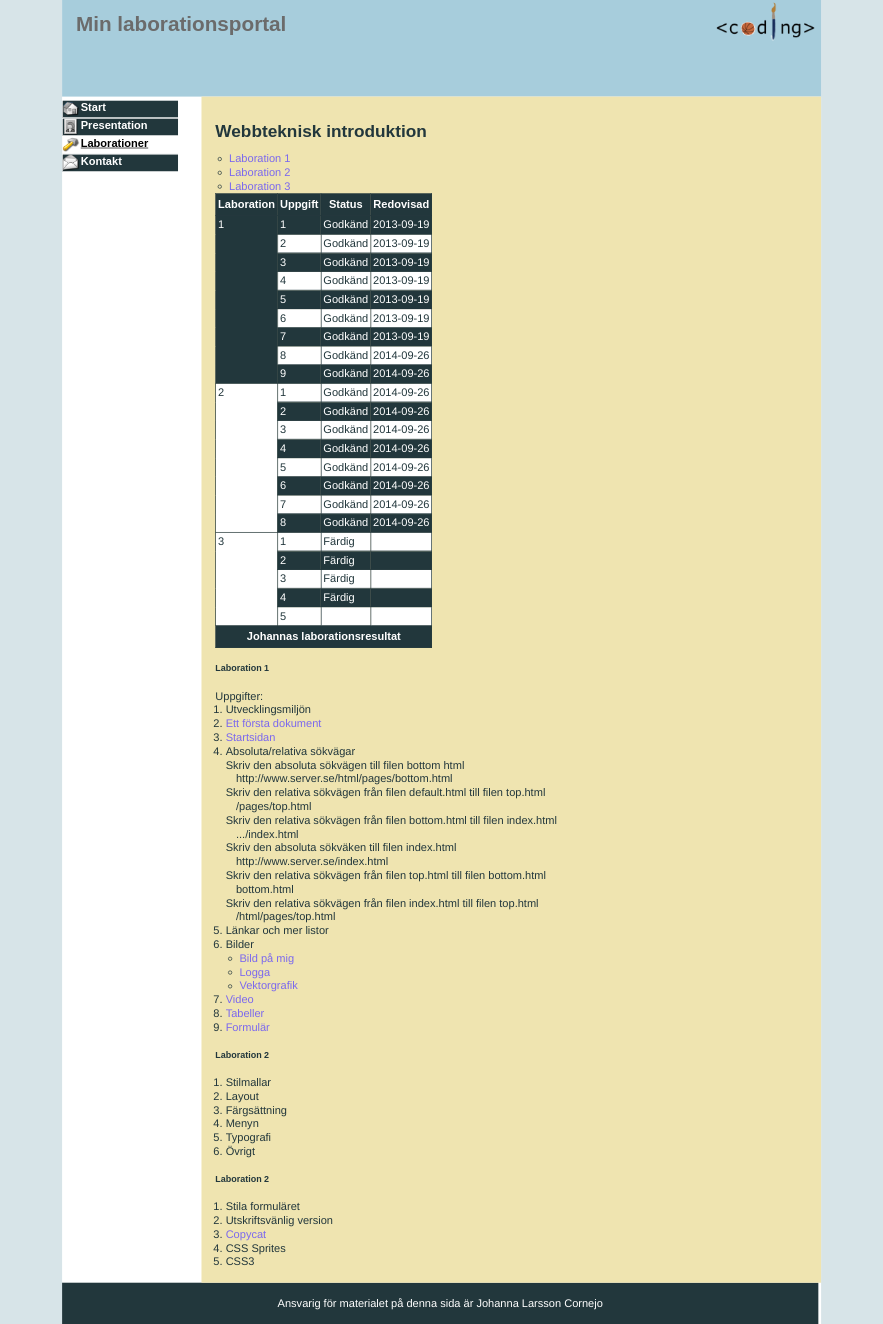
Repository: jc222fi/1ik415-laborationer
Page: pages/laborationer.html
The author's editor kept a record of every edit. The page is drawn from the files as they stood at one moment, then again after the next edit.
The browser window is 1280 px wide. The pictures show the whole page, at 69% of full size.

Above is the page before.

### pages/laborationer.html
<!doctype html>
<html>
    <head>
        <meta charset="utf-8" />
        <meta name="viewport" content="width=device-width, initial-scale=1.0" />
        <title>Laborationer</title>
        <!-- Screen > 480px -->
        <link rel="stylesheet" media="screen and (min-width: 481px)" href="../css/style.css" />
        <!-- Smartphones <= 480px -->
        <link rel="stylesheet" media="only screen and (max-width: 480px)" href="../css/smartphone.css" />
        <link rel="stylesheet" media="print" href="../css/print.css" />
    </head>
    <body>
    <div id="container">
        <div id="header">
            <header>
                <h1 id="laborationer">Min laborationsportal</h1>
            </header>
        </div>
        <div id="nav">
            <ul>
                <li id="index"><a href="../index.html">Start</a></li>
                <li id="pres"><a href="presentation.html">Presentation</a></li>
                <li id="lab"><a href="#laborationer" class="active">Laborationer</a></li>
                <li id="kontakt"><a href="kontakt.html">Kontakt</a></li>
            </ul>
        </div>
        <div id="content">
        <h2>Webbteknisk introduktion</h2>
        <ul class="laborationer" id="tabell">
            <li><a href="#lab1">Laboration 1</a></li>
            <li><a href="#lab2">Laboration 2</a></li>
            <li><a href="#lab3">Laboration 3</a></li>
        </ul>
        <table>
            <thead id="table">
                <tr>
                    <th>Laboration</th>
                    <th>Uppgift</th>
                    <th>Status</th>
                    <th>Redovisad</th>
                </tr>
            </thead>
            <tfoot>
                <tr>
                    <td colspan="4">Johannas laborationsresultat</td>
                </tr>
            </tfoot>
            <tbody>
                <tr>
                    <td rowspan="9">1</td>
                    <td>1</td>
                    <td>Godkänd</td>
                    <td>2013-09-19</td>
                </tr>
                <tr>
                    <td>2</td>
                    <td>Godkänd</td>
                    <td>2013-09-19</td>
                </tr>
                <tr>
                    <td>3</td>
                    <td>Godkänd</td>
                    <td>2013-09-19</td>
                </tr>
                <tr>
                    <td>4</td>
                    <td>Godkänd</td>
                    <td>2013-09-19</td>
                </tr>
                <tr>
                    <td>5</td>
                    <td>Godkänd</td>
                    <td>2013-09-19</td>
                </tr>
                <tr>
                    <td>6</td>
                    <td>Godkänd</td>
                    <td>2013-09-19</td>
                </tr>
                <tr>
                    <td>7</td>
                    <td>Godkänd</td>
                    <td>2013-09-19</td>
                </tr>
                <tr>
                    <td>8</td>
                    <td>Godkänd</td>
                    <td>2014-09-26</td>
                </tr>
                <tr>
                    <td>9</td>
                    <td>Godkänd</td>
                    <td>2014-09-26</td>
                </tr>
                <tr>
                    <td rowspan="8">2</td>
                    <td>1</td>
                    <td>Godkänd</td>
                    <td>2014-09-26</td>
                </tr>
                <tr>
                    <td>2</td>
                    <td>Godkänd</td>
                    <td>2014-09-26</td>
                </tr>
                <tr>
                    <td>3</td>
                    <td>Godkänd</td>
                    <td>2014-09-26</td>
                </tr>
                <tr>
                    <td>4</td>
                    <td>Godkänd</td>
                    <td>2014-09-26</td>
                </tr>
                <tr>
                    <td>5</td>
                    <td>Godkänd</td>
                    <td>2014-09-26</td>
                </tr>
                <tr>
                    <td>6</td>
                    <td>Godkänd</td>
                    <td>2014-09-26</td>
                </tr>
                <tr>
                    <td>7</td>
                    <td>Godkänd</td>
                    <td>2014-09-26</td>
                </tr>
                <tr>
                    <td>8</td>
                    <td>Godkänd</td>
                    <td>2014-09-26</td>
                </tr>
                <tr>
                    <td rowspan="5">3</td>
                    <td>1</td>
                    <td>Färdig</td>
                    <td></td>
                </tr>
                <tr>
                    <td>2</td>
                    <td>Färdig</td>
                    <td></td>
                </tr>
                <tr>
                    <td>3</td>
                    <td>Färdig</td>
                    <td></td>
                </tr>
                <tr>
                    <td>4</td>
                    <td>Färdig</td>
                    <td></td>
                </tr>
                <tr>
                    <td>5</td>
                    <td></td>
                    <td></td>
                </tr>
            </tbody>
        </table>
        <h3 id="lab1">Laboration 1</h3>
        <p>Uppgifter:</p>
        <ol>
            <li>Utvecklingsmiljön</li>
            <li><a href="presentation.html">Ett första dokument</a></li>
            <li><a href="../index.html">Startsidan</a></li>
            <li>Absoluta/relativa sökvägar<dl>
                    <dt>Skriv den absoluta sökvägen till filen bottom html</dt>
                    <dd>http://www.server.se/html/pages/bottom.html</dd>
                    <dt>Skriv den relativa sökvägen från filen default.html till filen top.html</dt>
                    <dd>/pages/top.html</dd>
                    <dt>Skriv den relativa sökvägen från filen bottom.html till filen index.html</dt>
                    <dd>.../index.html</dd>
                    <dt>Skriv den absoluta sökväken till filen index.html</dt>
                    <dd>http://www.server.se/index.html</dd>
                    <dt>Skriv den relativa sökvägen från filen top.html till filen bottom.html</dt>
                    <dd>bottom.html</dd>
                    <dt>Skriv den relativa sökvägen från filen index.html till filen top.html</dt>
                    <dd>/html/pages/top.html</dd>
                </dl></li>
            <li>Länkar och mer listor</li>
            <li>Bilder
                <ul class="laborationer">
                    <li><a href="presentation.html#jag.jpg">Bild på mig</a></li>
                    <li><a href="../pics/logo.png">Logga</a></li>
                    <li><a href="../index.html#vektorbild">Vektorgrafik</a></li>
                </ul>
            </li>

            <li><a href="../index.html#video">Video</a></li>
            <li><a href="#tabell">Tabeller</a></li>
            <li><a href="kontakt.html">Formulär</a></li>
        </ol>
        <h3 id="lab2">Laboration 2</h3>
        <ol>
            <li>Stilmallar</li>
            <li>Layout</li>
            <li>Färgsättning</li>
            <li>Menyn</li>
            <li>Typografi</li>
            <li>Övrigt</li>
        </ol>
        <h3 id="lab2">Laboration 2</h3>
        <ol>
            <li>Stila formuläret</li>
            <li>Utskriftsvänlig version</li>
            <li><a href="https://preview.c9.io/jc222fi/uppgift-3-3/index.html?_c9_id=livepreview0&_c9_host=https://ide.c9.io#">Copycat</a></li>
            <li>CSS Sprites</li>
            <li>CSS3</li>
        </ol>
        </div>
        <div id="footer">
            <footer>
                <p>Ansvarig för materialet på denna sida är Johanna Larsson Cornejo</p>
            </footer>
        </div>
    </div>
    </body>
</html>

### css/style.css
/* http://meyerweb.com/eric/tools/css/reset/
   v2.0 | 20110126
   License: none (public domain)
*/

html, body, div, span, applet, object, iframe,
h1, h2, h3, h4, h5, h6, p, blockquote, pre,
a, abbr, acronym, address, big, cite, code,
del, dfn, em, img, ins, kbd, q, s, samp,
small, strike, strong, sub, sup, tt, var,
b, u, i, center,
dl, dt, dd, ol, ul, li,
fieldset, form, label, legend,
table, caption, tbody, tfoot, thead, tr, th, td,
article, aside, canvas, details, embed,
figure, figcaption, footer, header, hgroup,
menu, nav, output, ruby, section, summary,
time, mark, audio, video {
	margin: 0;
	padding: 0;
	border: 0;
	font-size: 100%;
	font: inherit;
	vertical-align: baseline;
}/*Layout*/
#container{
	width:1100px;
	max-width:100%;
	margin:0 auto;
}
#header{
	height:100px;
}
#nav{
   float:left;
   width:168px;
   max-width:18%;
	margin-top:5px;
}
#content{
	float:right;
	width:920px;
	max-width:78%;
}
#footer{
	clear:both;
	max-width:96%;
	width:1100px;
	padding:20px;
}

/*
Background body:#D7E4E8
Background container: #FFFFFF
Background header: #A7CDDC
Background nav: #381B43
Background content: #EFE4B0
Background footer:#22373C
Text colour: #22373C
*/

body{
	background-color:#D7E4E8;

}
#container{
	background-color:#FFFFFF;
}
#header{
	background-color:#A7CDDC;
	color:#6B6B6B;
	background-image:url("pics/logo.png");
	background-position:right top;
	background-repeat:no-repeat;
	font-family:Arial, Gadget, sans-serif;
	font-size:30px;
	font-weight:bolder;
	padding:20px;
}

	/*h1{
		color:#6B6B6B;
		font-family:Arial, Gadget, sans-serif;
		font-size:30px;
		font-weight:bolder;
		padding-bottom:20px;
	}*/
#nav{
	background-color:#22373C;
}
	#nav a{
		display:block;
		width:100%;
		height:24px;
		border:1px solid white;
		background-image:url(pics/sprite.png);
		background-repeat:no-repeat;
		text-indent:26px;
		color:white;
	}
	#index a:link{background-position:0 -48px;text-decoration:none;}
	#index a:hover{background-position:0 0;background-color:white;text-decoration:underline;color:black;}
	#index a.active{background-position:0 0;background-color:white;text-decoration:underline;color:black;}

	#pres a:link{background-position:0 -240px;text-decoration:none;}
	#pres a:hover{background-position:0 -192px;background-color:white;text-decoration:underline;color:black;}
	#pres a.active{background-position:0 -192px;background-color:white;text-decoration:underline;color:black;}

	#lab a:link{background-position:0 -144px;text-decoration:none;}
	#lab a:hover{background-position:0 -96px;background-color:white;text-decoration:underline;color:black;}
	#lab a.active{background-position:0 -96px;background-color:white;text-decoration:underline;color:black;}

	#kontakt a:link{background-position:0 -336px;text-decoration:none;}
	#kontakt a:hover{background-position:0 -288px;background-color:white;text-decoration:underline;color:black;}
	#kontakt a.active{background-position:0 -288px;background-color:white;text-decoration:underline;color:black;}
	#nav li{
		font-family:Arial, Gadget, sans-serif;
		font-weight:bolder;
	}
		/*Länkar i menyn*/
		/*#nav a:link{background-color:#381B43; text-decoration:none;}
		#nav a:visited{background-color:#7F7F7F;text-decoration:none;}
		#nav a:focus{background-color:white;text-decoration:underline;color:black;}
		#nav a:hover{background-color:white;text-decoration:underline;color:black;}
		#nav a.active{background-color:#22373C;text-decoration:none;}
		#nav li{
		   font-family:Arial, Gadget, sans-serif;
			font-weight:bolder;
		}*/

#content{
	padding:20px;
	background-color:#EFE4B0;
	color:#22373C;
}
	/*Text och stil på mina rubriker*/
	h2, h3, h4, legend{
		font-family:Arial, Gadget, sans-serif;
		font-weight:bold;
		line-height:60px;
	}
		h2{
			font-size:25px;
		}
		h3, h4{
			font-size:small;
		}
	/*Mer övergripande text och stil*/
	#strong, p, li, table, dl, form{
		font-family:Helvetica, Verdana, sans-serif;
		line-height:20px;
	}
	p p{
		margin-top:50px;
	}
	img, video{
		max-width:100%;
	}
	img.right, video.right{
		float:right;
	}
	#strong{
		font-style:italic;
	}
	/*Överskrift och signatur på mina blogginlägg*/
	.post, p em{
		font-family:"Comic Sans MS", cursive, sans-serif;
	}
		/*Bild lånad från http://www.skolbilder.com/Malarbild-blaeckpenna-i19373.html som uttryckligen
		säger att samtliga bilder får användas i privat, edukativt, icke-kommersiellt syfte*/
		#content h2.post{
			background-image:url("pics/bleckpenna.png");
			background-position:left top;
			background-repeat:no-repeat;
			text-indent:50px;
		}
	/*Signatur på mina blogginlägg*/
	p em{
		font-style:italic;
		color:#8B4513;
	}
	/*Tabell*/
	table, th, td{
		border:1px solid #22373C;
		padding:3px;
	}
	thead, tfoot{
		font-family:Arial, Gadget, sans-serif;
		font-weight:bold;
		line-height:25px;
		text-align:center;
	}
		tr:nth-of-type(odd){
			background-color:#22373C;
			color:white;
		}
		tr:nth-of-type(even){
			background-color:white;
		}
	/*Övriga länkar som inte är del av menyn*/
	#content a:link{color:#7B68EE; text-decoration:none;}
	#content a:visited{color:#8B0000; text-decoration:none;}
	#content a:focus{color:#778899; text-decoration:underline;}
	#content a:hover{color:#778899; text-decoration:underline;}
	#content a:active{color:white; text-decoration:none;}
	/*Formulär*/
	fieldset{
		border:1px solid #22373C;
		padding:10px;
		width:600px;
	}
	legend{
		padding:2px;
	}
	.label{
   	display: inline-block;
   	width: 170px;
   	text-align: left;
   	margin-right: 10px;
	}
	/*Listor exklusive menyn*/
	#content ul li{
		margin-left:20px;
		list-style-type:circle;
	}
	#content dd{
		text-indent:15px;
	}
	#content .laborationer{
		list-style-type:none;
	}
	ol li{
		margin-left:15px;
		list-style-type:decimal;
	}

#footer{
	background-color:#22373C;
	color:#FFFFFF;
	text-align:center;
}


/* HTML5 display-role reset for older browsers */
article, aside, details, figcaption, figure,
footer, header, hgroup, menu, nav, section {
	display: block;
}
body {
	line-height: 1;
}
ol, ul {
	list-style: none;
}
blockquote, q {
	quotes: none;
}
blockquote:before, blockquote:after,
q:before, q:after {
	content: '';
	content: none;
}
table {
	border-collapse: collapse;
	border-spacing: 0;
}

### css/smartphone.css
/*Layout*/
div{
    display:block;
}
#container{
    max-width:100%;
    width:340px;
	margin:5px auto;
}
#header{
	height:100px;
}
#nav{
    max-width:100%;
    width:360px;
	margin-top:5px;
}
#content{
	max-width:100%;
	margin-top:5px;
}
#footer{
	clear:both;
	width:96%;
	max-width:320px;
	padding:10px;
}

/*
Background body:#D7E4E8
Background container: #FFFFFF
Background header: #A7CDDC
Background nav: #381B43
Background content: #EFE4B0
Background footer:#22373C
Text colour: #22373C
*/

body{
	background-color:#D7E4E8;

}
#container{
	background-color:#FFFFFF;
}
#header{
	background-color:#A7CDDC;
	color:#6B6B6B;
	background-image:url("pics/logo.png");
	background-position:center top;
	background-repeat:no-repeat;
	font-family:Arial, Gadget, sans-serif;
	font-size:10px;
	font-weight:bolder;
	padding:20px;
}
    #header h1{
        margin-top:40px;
    }
#nav{
	background-color:#22373C;
}
	#nav ul{
	    list-style-type:none;
	}
	#nav li{
		font-family:Arial, Gadget, sans-serif;
		font-weight:bolder;
		margin-left:-40px;
	}
	#nav a{
	    display:block;
		/*width:347px;*/
		max-width:100%;
		height:24px;
		border:1px solid white;
		background-image:url(pics/sprite.png);
		background-repeat:no-repeat;
		text-indent:26px;
		padding-left:2px;
		color:white;
	}
	#index a:link{background-position:0 -48px;text-decoration:none;}
	#index a:hover{background-position:0 0;background-color:white;text-decoration:underline;color:black;}
	#index a.active{background-position:0 0;background-color:white;text-decoration:underline;color:black;}

	#pres a:link{background-position:0 -240px;text-decoration:none;}
	#pres a:hover{background-position:0 -192px;background-color:white;text-decoration:underline;color:black;}
	#pres a.active{background-position:0 -192px;background-color:white;text-decoration:underline;color:black;}

	#lab a:link{background-position:0 -144px;text-decoration:none;}
	#lab a:hover{background-position:0 -96px;background-color:white;text-decoration:underline;color:black;}
	#lab a.active{background-position:0 -96px;background-color:white;text-decoration:underline;color:black;}

	#kontakt a:link{background-position:0 -336px;text-decoration:none;}
	#kontakt a:hover{background-position:0 -288px;background-color:white;text-decoration:underline;color:black;}
	#kontakt a.active{background-position:0 -288px;background-color:white;text-decoration:underline;color:black;}

#content{
	padding:10px;
	background-color:#EFE4B0;
	color:#22373C;
}
	/*Text och stil på mina rubriker*/
	h2, h3, h4, legend{
		font-family:Arial, Gadget, sans-serif;
		font-weight:bold;
		line-height:30px;
	}
		h2{
			font-size:25px;
		}
		h3, h4{
			font-size:small;
		}
	/*Mer övergripande text och stil*/
	#strong, p, li, table, dl, form{
		font-family:Helvetica, Verdana, sans-serif;
		line-height:20px;
	}
	img, video{
		max-width:100%;
	}
	#strong{
		font-style:italic;
	}
	/*Överskrift och signatur på mina blogginlägg*/
	.post, p em{
		font-family:"Comic Sans MS", cursive, sans-serif;
	}

	/*Signatur på mina blogginlägg*/
	p em{
		font-style:italic;
		color:#8B4513;
	}
	/*Tabell*/
	table, th, td{
		border-collapse:collapse;
		border:1px solid #22373C;
		padding:3px;
	}
	thead, tfoot{
		font-family:Arial, Gadget, sans-serif;
		font-weight:bold;
		line-height:25px;
		text-align:center;
	}
		tr:nth-of-type(odd){
			background-color:#22373C;
			color:white;
		}
		tr:nth-of-type(even){
			background-color:white;
		}
	/*Övriga länkar som inte är del av menyn*/
	#content a:link{color:#7B68EE; text-decoration:none;}
	#content a:visited{color:#8B0000; text-decoration:none;}
	#content a:focus{color:#778899; text-decoration:underline;}
	#content a:hover{color:#778899; text-decoration:underline;}
	#content a:active{color:white; text-decoration:none;}

Loaded but not shown: css/print.css (no copy from this time; the picture is the same without it)

After the next edit:
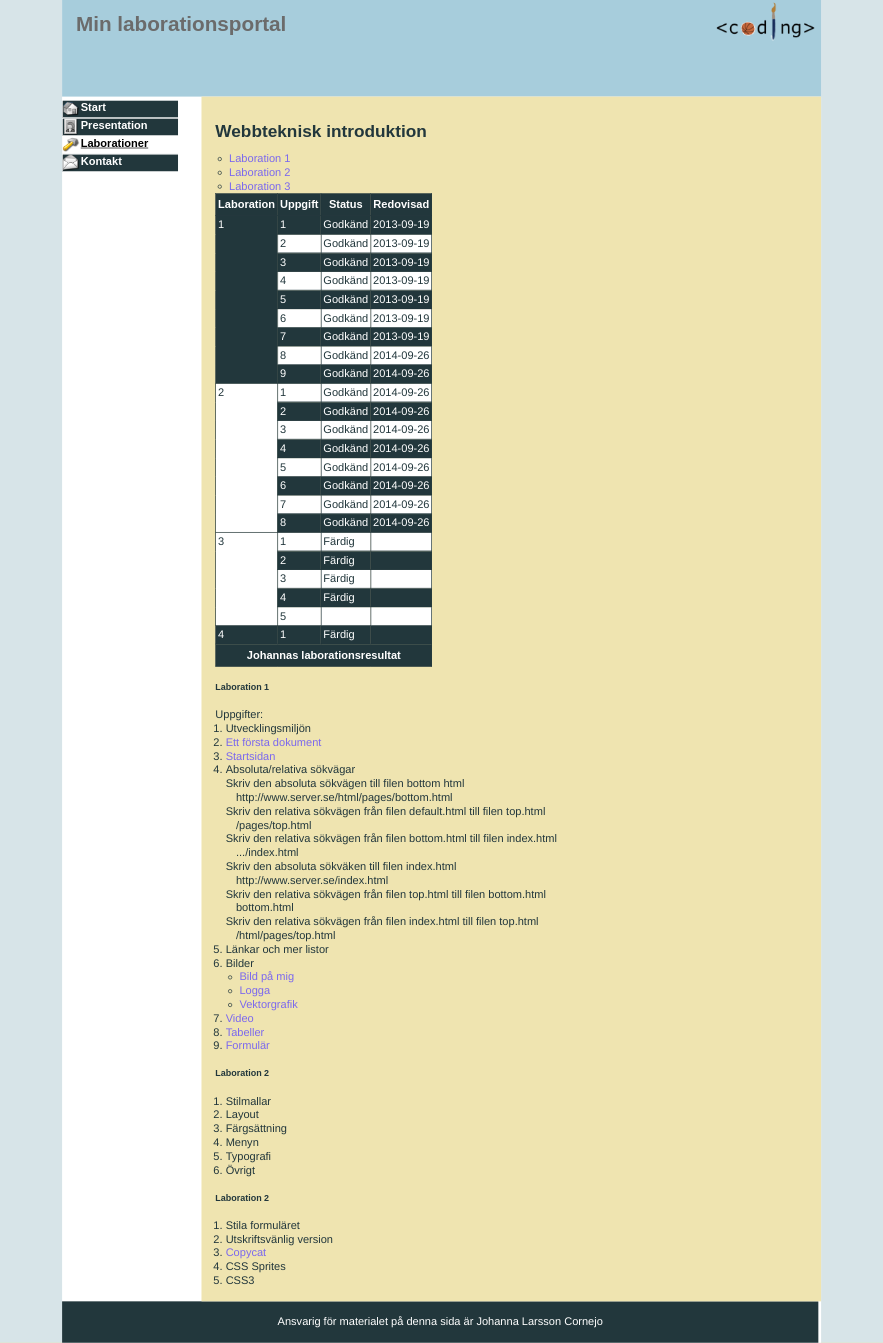
The edit:
--- a/pages/laborationer.html
+++ b/pages/laborationer.html
@@ -158,6 +158,12 @@
                 <tr>
                     <td>5</td>
                     <td></td>
+                    <td></td>
+                </tr>
+                <tr>
+                    <td rowspan="5">4</td>
+                    <td>1</td>
+                    <td>Färdig</td>
                     <td></td>
                 </tr>
             </tbody>
